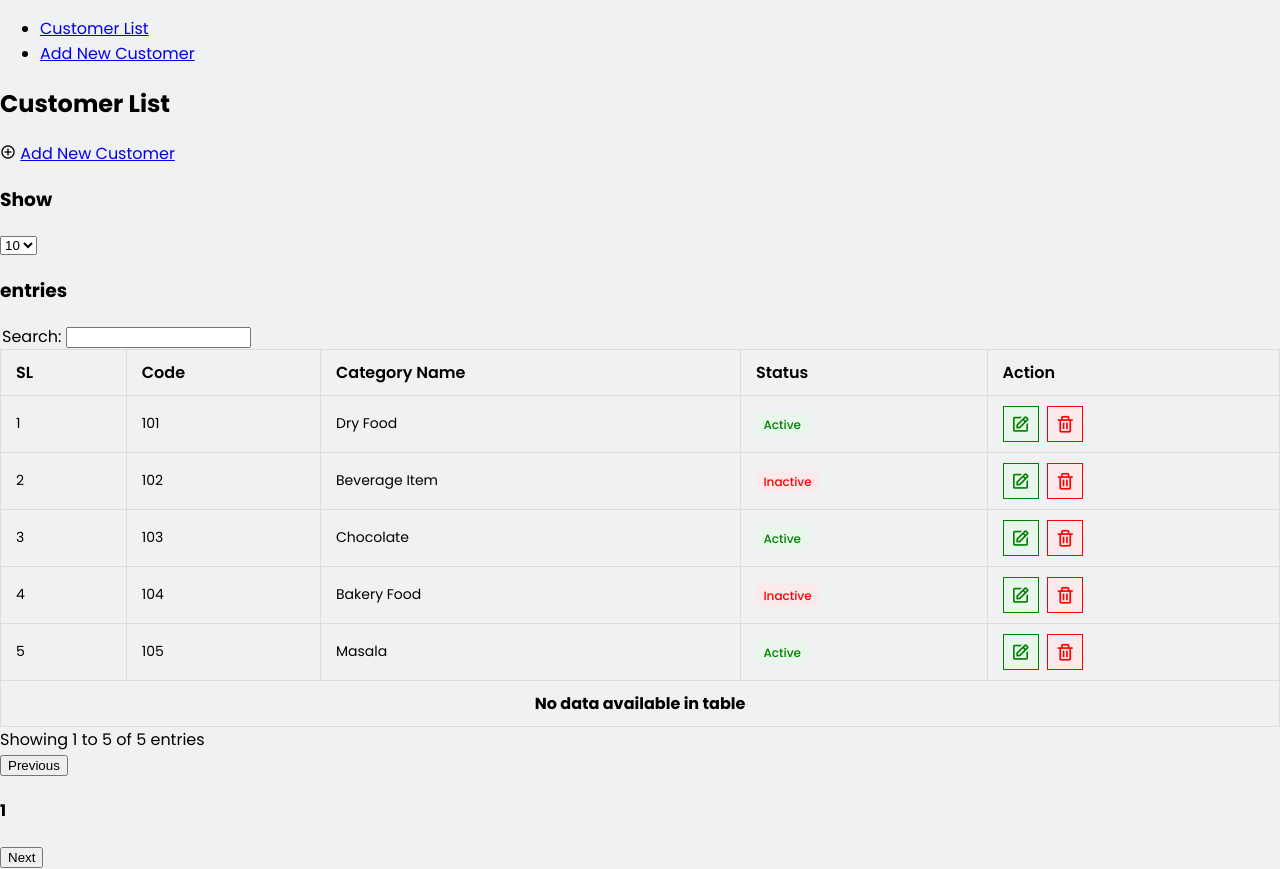
Repository: codebyaddro/customer-page
Page: customer.html
These files come from the project's save history. The page is drawn as it stood at one moment and after a run of saves; the edit follows.
The browser window is 1280 px wide. The pictures show the whole page.

Above is the page before, as saved 2025-02-20 13:54:07.

After the next 8 saves:
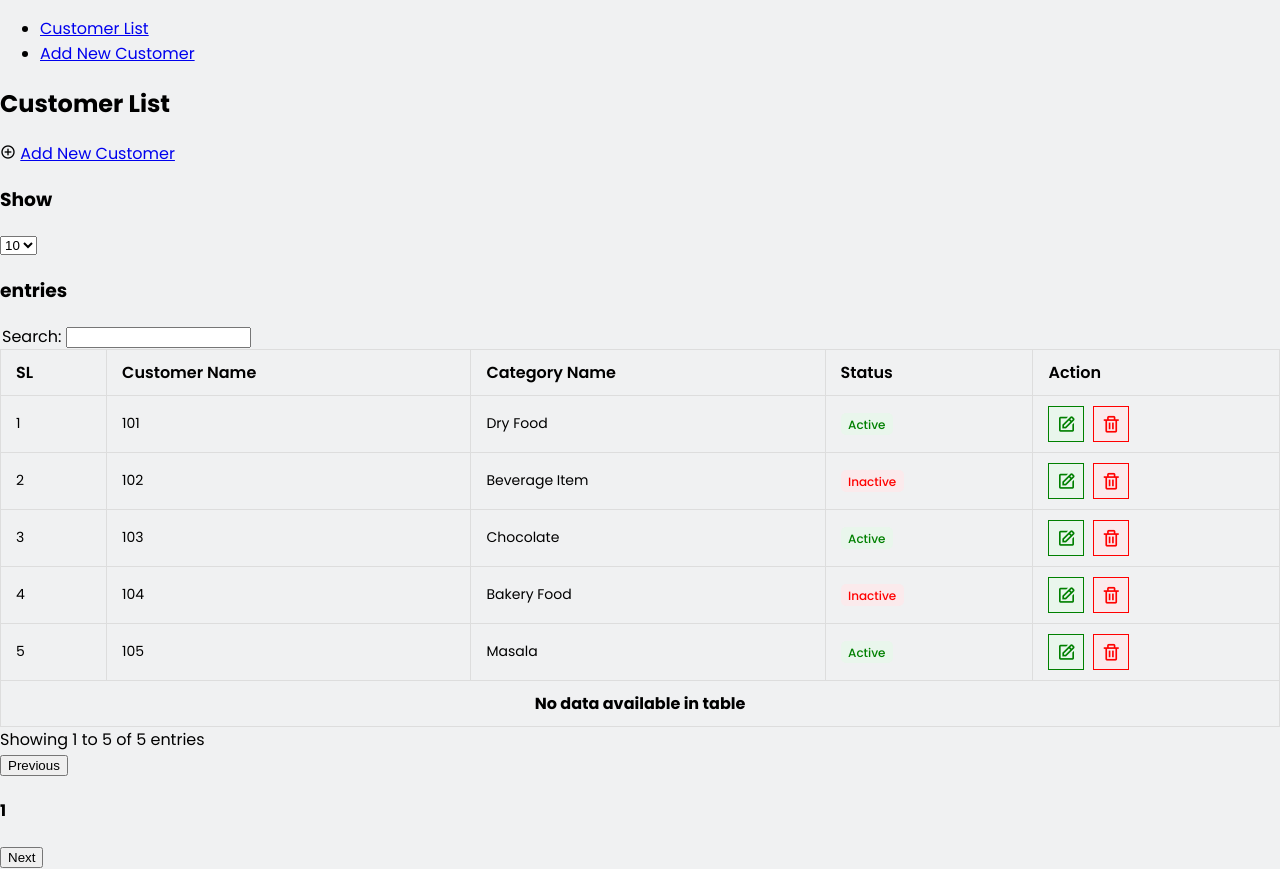
The 8 saves are shown as one change because they came seconds apart.
The last was saved 25 s later.
--- a/customer.html
+++ b/customer.html
@@ -47,7 +47,7 @@
                     <thead>
                         <tr>
                             <th title="SL">SL</th>
-                            <th title="Code">Code</th>
+                            <th title="Code">Customer Name</th>
                             <th title="Category Name">Category Name</th>
                             <th title="Status">Status</th>
                             <th title="Action">Action</th>
